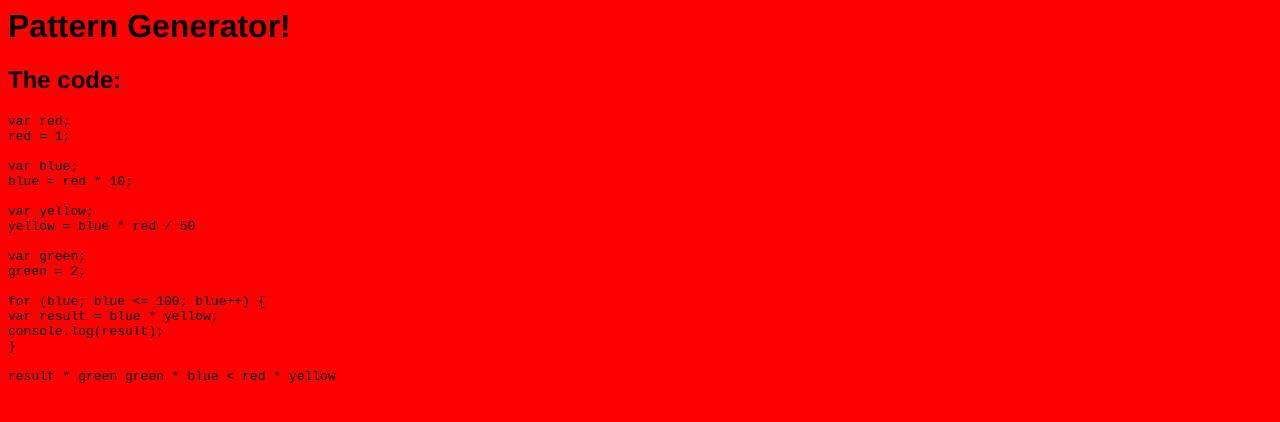
Repository: simonekurtz/simonekurtz.github.io
Page: 4ASGN_JAVA1/index.html
The author's editor kept a record of every edit. The page is drawn from the files as they stood at one moment, then again after the next edit.
The browser window is 1280 px wide. The pictures show the whole page.

Above is the page before.

### 4ASGN_JAVA1/index.html
<html>
    <head>
       <title>Pattern Generator!</title>
         <link rel="stylesheet" href="styles.css" href="pattern.js">
    </head>
    <body>
        <h1>Pattern Generator!</h1>
        <h2>The code:</h2>
        <p>
            <code>
                var red; <br>
                red = 1;
            <br>
            <br>
                var blue;<br>
                blue = red * 10;
            <br>
            <br>
                var yellow;<br>
                yellow = blue * red / 50
            <br>
            <br>
                var green; <br>
                green = 2;
            <br>
            <br>
                for (blue; blue <= 100; blue++) {<br>
                   var result = blue * yellow;<br>
                   console.log(result);<br>
                }
            <br>
            <br>
                result * green
                green * blue < red * yellow
            </code>
        </p>
    </body>
</html>

### styles.css
body {
    background: red;
    font-family: helvetica;
    cursor: none;
}

.header {

}

After the next edit:
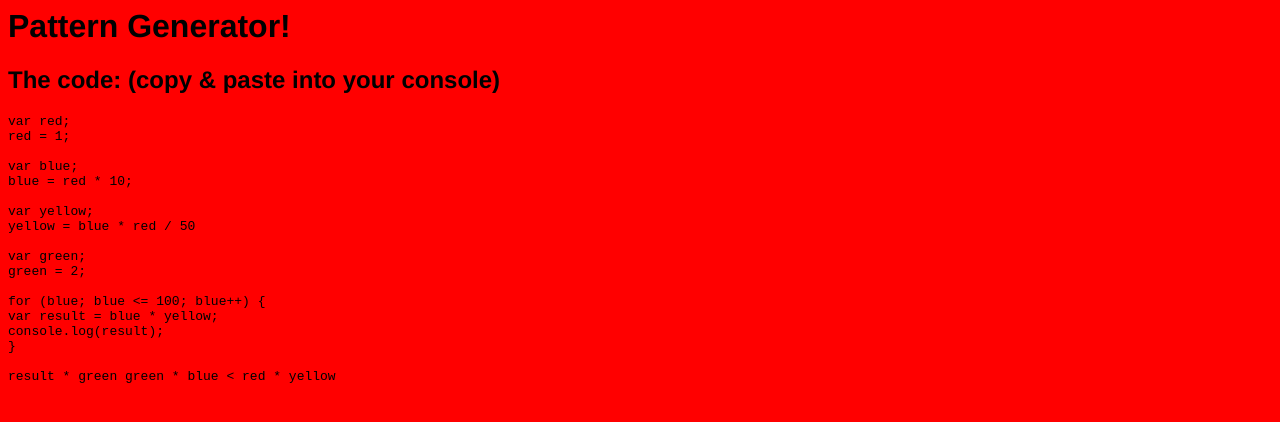
The edit:
--- a/4ASGN_JAVA1/index.html
+++ b/4ASGN_JAVA1/index.html
@@ -5,7 +5,7 @@
     </head>
     <body>
         <h1>Pattern Generator!</h1>
-        <h2>The code:</h2>
+        <h2>The code: (copy & paste into your console)</h2>
         <p>
             <code>
                 var red; <br>
